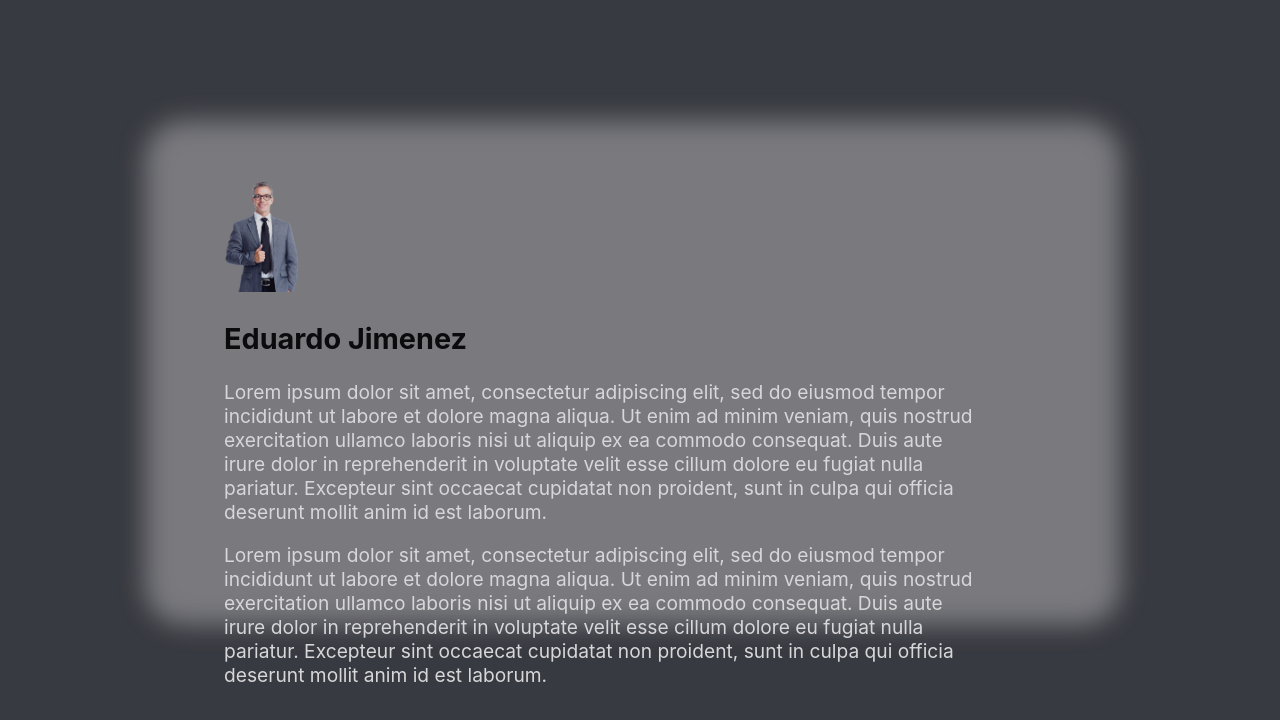
Repository: l8nightswithJS/react-my-portfolio
Page: /
The author's editor kept a copy of each file at every save. The page is drawn from the files as they stood at one save, then again after the next save.
The browser window is 1280 px wide. The pictures show the whole page.
The project was rebuilt for these pictures with package versions that can differ from the ones it lists, and the page was loaded fresh each time.

Above is the page before, as saved 2021-04-29 13:12:55.

### src/App.js
import SplashPage from './pages/splashPage';

function App() {
  return (
    <SplashPage />
  );
}

export default App;

### src/pages/splashPage.js
import '../App.css';
import img from "../images/businessman.png"

function SplashPage() {
    return (
        <div className="App">
            <header className="App-header">
                <section>
                    <div>
                        <img src={img} alt="buisness man img"/>
                        <h1>Eduardo Jimenez</h1>
                        <p>Lorem ipsum dolor sit amet, consectetur adipiscing elit, sed do eiusmod tempor incididunt ut labore et dolore magna aliqua. Ut enim ad minim veniam, quis nostrud exercitation ullamco laboris nisi ut aliquip ex ea commodo consequat. Duis aute irure dolor in reprehenderit in voluptate velit esse cillum dolore eu fugiat nulla pariatur. Excepteur sint occaecat cupidatat non proident, sunt in culpa qui officia deserunt mollit anim id est laborum.</p>

                        <p>Lorem ipsum dolor sit amet, consectetur adipiscing elit, sed do eiusmod tempor incididunt ut labore et dolore magna aliqua. Ut enim ad minim veniam, quis nostrud exercitation ullamco laboris nisi ut aliquip ex ea commodo consequat. Duis aute irure dolor in reprehenderit in voluptate velit esse cillum dolore eu fugiat nulla pariatur. Excepteur sint occaecat cupidatat non proident, sunt in culpa qui officia deserunt mollit anim id est laborum.</p>

                    </div>
                </section>
            </header>
        </div>
    );
}

export default SplashPage;

### src/App.css
.App {
  height: 100vh;
  width: 100%;
  background-color: rgb(56, 58, 65);
}

section {
  position: fixed;
  top: 0;
  bottom: 0;
  left: 0;
  right: 0;
  background-color: rgb(139, 138, 142);
  height: 50vh;
  width: 65vw;
  margin: auto;
  font-size: 1.2em;
  color: white;
  box-shadow: -1vh 1vw 2vw 10vh rgb(139, 138, 142);
  opacity: .8;
  border-radius: 1.5vh;
}

section div {
  max-width: 90%;
  max-height: 90%;
}

section div h1 {
  color: black;
}

section div img {
  width: 10%;
  height: 12%;
}

Loaded but not shown: public/index.html (common file); src/index.js (common file); src/index.css (common file); src/reportWebVitals.js (common file)

After the next save:
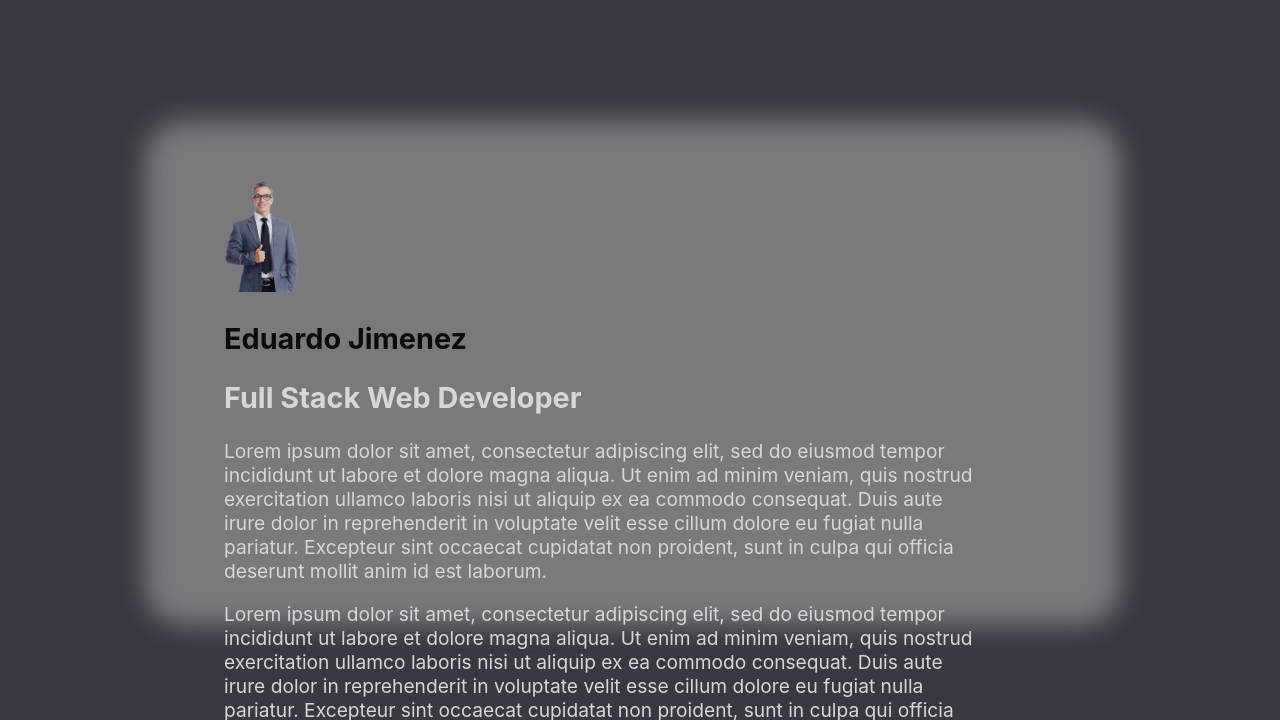
Saved 2 min 41 s later.
--- a/src/pages/splashPage.js
+++ b/src/pages/splashPage.js
@@ -9,6 +9,7 @@ function SplashPage() {
                     <div>
                         <img src={img} alt="buisness man img"/>
                         <h1>Eduardo Jimenez</h1>
+                        <h2>Full Stack Web Developer</h2>
                         <p>Lorem ipsum dolor sit amet, consectetur adipiscing elit, sed do eiusmod tempor incididunt ut labore et dolore magna aliqua. Ut enim ad minim veniam, quis nostrud exercitation ullamco laboris nisi ut aliquip ex ea commodo consequat. Duis aute irure dolor in reprehenderit in voluptate velit esse cillum dolore eu fugiat nulla pariatur. Excepteur sint occaecat cupidatat non proident, sunt in culpa qui officia deserunt mollit anim id est laborum.</p>
 
                         <p>Lorem ipsum dolor sit amet, consectetur adipiscing elit, sed do eiusmod tempor incididunt ut labore et dolore magna aliqua. Ut enim ad minim veniam, quis nostrud exercitation ullamco laboris nisi ut aliquip ex ea commodo consequat. Duis aute irure dolor in reprehenderit in voluptate velit esse cillum dolore eu fugiat nulla pariatur. Excepteur sint occaecat cupidatat non proident, sunt in culpa qui officia deserunt mollit anim id est laborum.</p>
